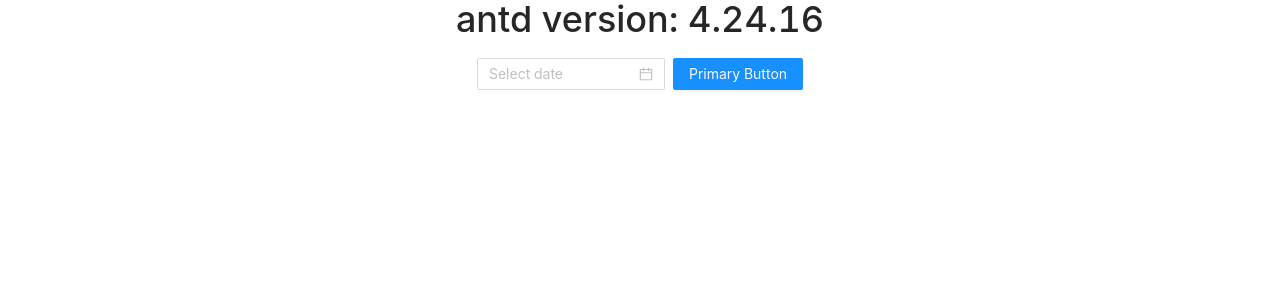
Repository: busiui/react
Page: /
An editor plug-in stored every save of this project. The page is shown before and after the next save, followed by the edit.
The browser window is 1280 px wide. The pictures show the whole page.
The project was rebuilt for these pictures with package versions that can differ from the ones it lists, and the page was loaded fresh each time.

Above is the page before, as saved 2020-03-18 20:36:49.

After the next save:
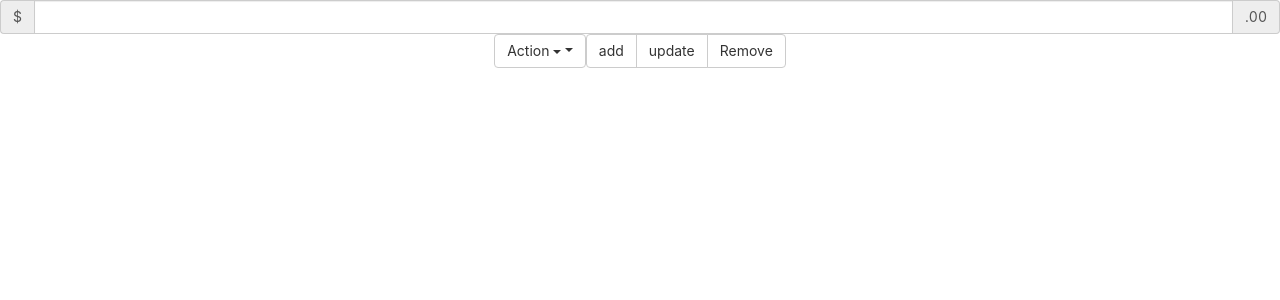
Saved 19 s later.
--- a/src/index.js
+++ b/src/index.js
@@ -9,12 +9,12 @@
 
 ReactDOM.render(
     <div className="App">
-        {/* <App></App> */}
-        <h1>antd version: {version}</h1>
+        <App></App>
+        {/* <h1>antd version: {version}</h1>
         <DatePicker />
         <Button type="primary" style={{ marginLeft: 8 }}>
             Primary Button
-    </Button>
+    </Button> */}
     </div>,
     document.getElementById("root")
 );
